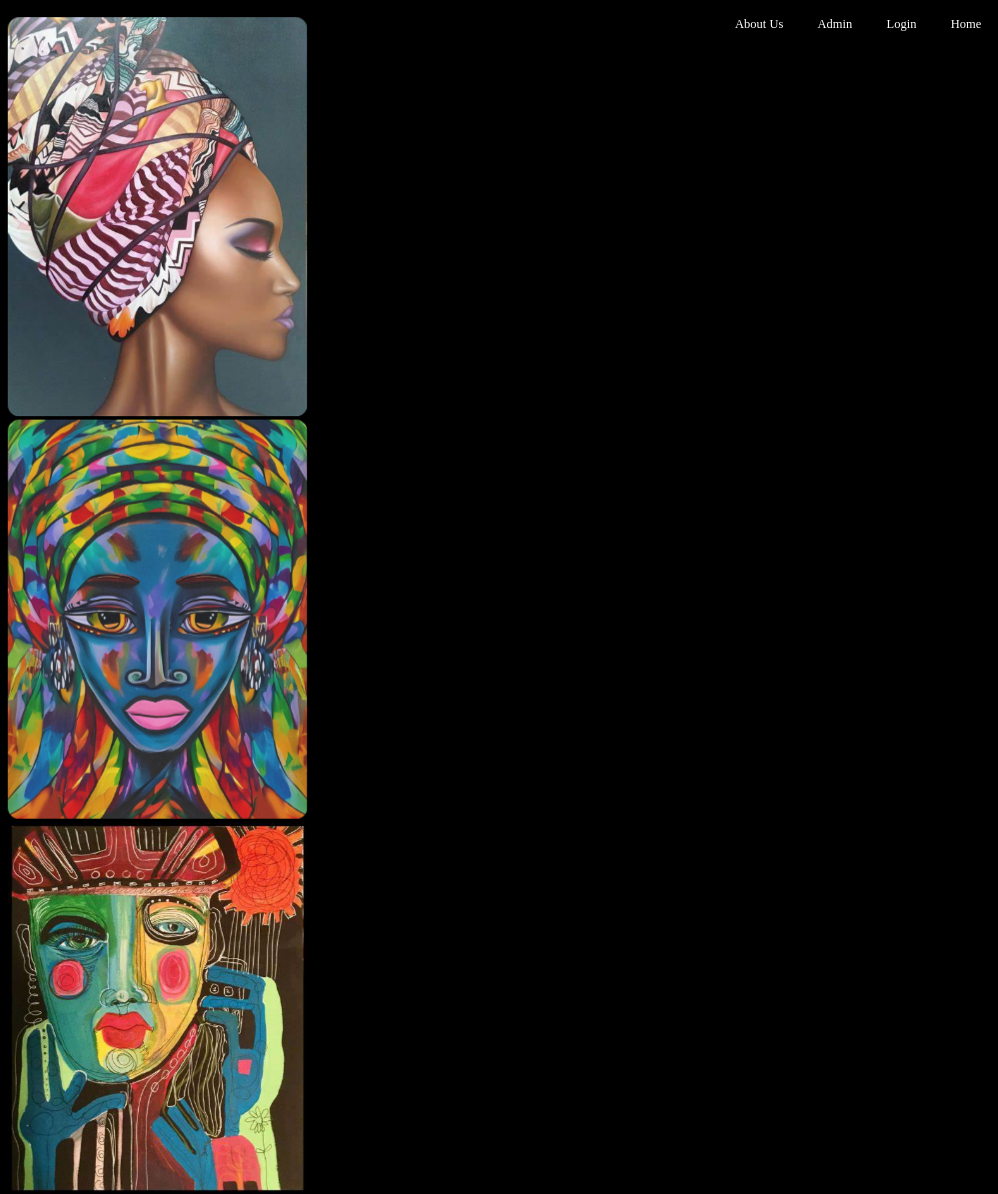
Repository: prathyushaa5/artgallery
Page: index.html
An editor plug-in stored every save of this project. The page is shown before and after the next save, followed by the edit.
The browser window is 1280 px wide. The pictures show the whole page, at 78% of full size.

Above is the page before, as saved 2023-11-10 09:17:33.

After the next save:
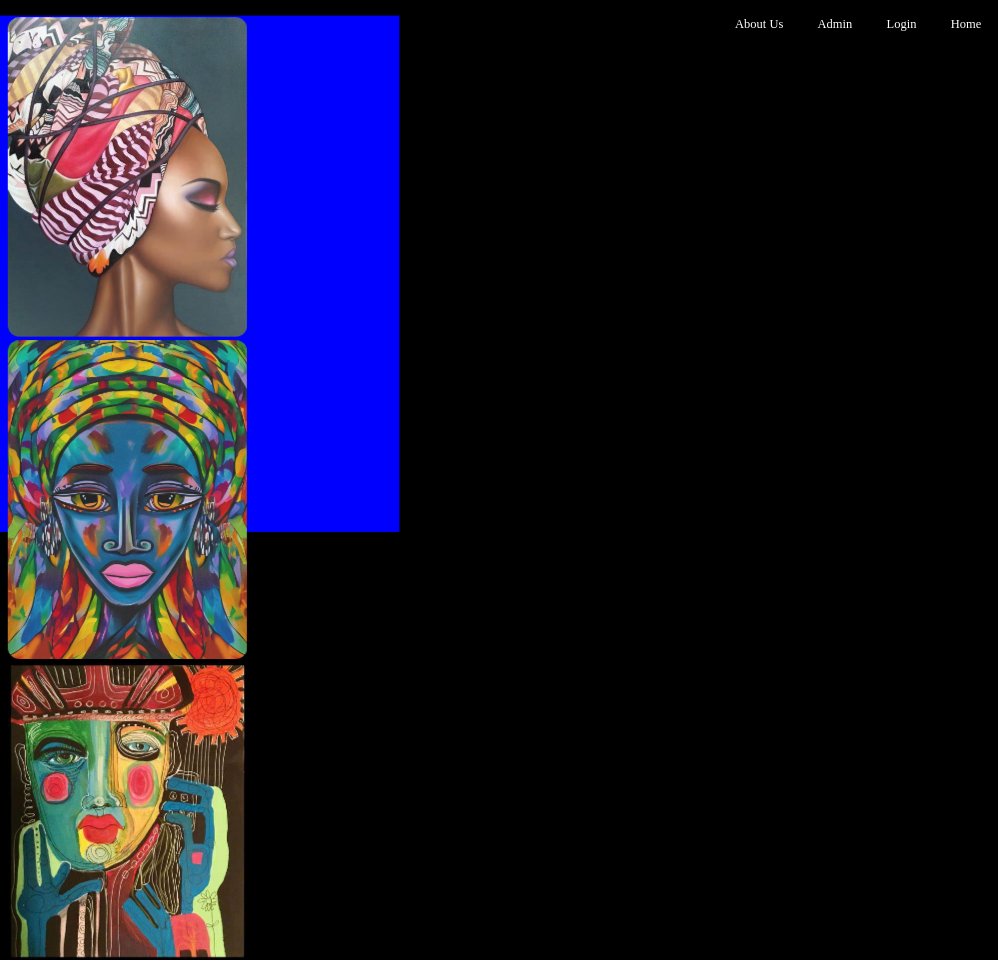
Saved 47 s later.
--- a/style1.css
+++ b/style1.css
@@ -29,8 +29,8 @@ a{
   }
 .sidebar{
     height:92vh;
-    width:50%;
-    background-color:#000000;
+    width:40%;
+    background-color:blue;
     display:flex;
     flex-direction:column;
     justify-content:space-around;
